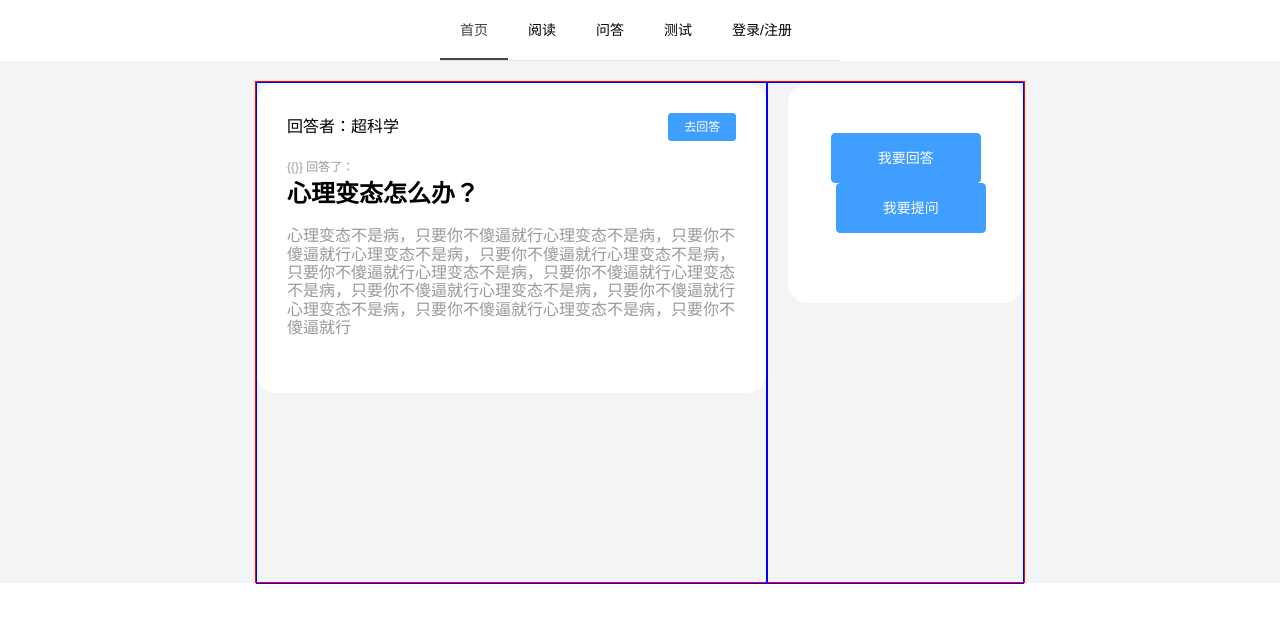
Repository: shengligo/xyx_vue_v1
Page: /qs
The author's editor kept a copy of each file at every save. The page is drawn from the files as they stood at one save, then again after the next save.
The browser window is 1280 px wide. The pictures show the whole page.
The project was rebuilt for these pictures with package versions that can differ from the ones it lists, and the page was loaded fresh each time. Also part of the build but not shown: vue.config.js, src/views/home/childComps/Art.vue, src/views/author/authors.vue.

Above is the page before, as saved 2021-09-04 16:22:44.

### public/index.html
<!DOCTYPE html>
<html lang="">
  <head>
    <meta charset="utf-8">
    <meta http-equiv="X-UA-Compatible" content="IE=edge">
    <meta name="viewport" content="width=device-width,initial-scale=1.0">
    <link rel="icon" href="<%= BASE_URL %>favicon.ico">
    <title>project0000001</title>
  </head>
  <body>
    <noscript>
      <strong>We're sorry but <%= htmlWebpackPlugin.options.title %> doesn't work properly without JavaScript enabled. Please enable it to continue.</strong>
    </noscript>
    <div id="app"></div>
    <!-- built files will be auto injected -->
  </body>
</html>

### src/main.js
import Vue from 'vue'
import App from './App.vue'
import router from './router'
import store from './store'
import 'element-ui/lib/theme-chalk/index.css';
import axios from "axios";
axios.defaults.baseURL = "/api"; // http://10.1.2.85:8091/essay
axios.defaults.headers.common["Content-Type"] ="application/json;charset=UTF-8";
axios.defaults.withCredentials = true // 表示跨域请求时是否需要使用凭证
Vue.prototype.$ajax = axios;
import ElementUI from 'element-ui'

Vue.config.productionTip = false
Vue.use(ElementUI)

new Vue({
  router,
  store,
  render: h => h(App)
}).$mount('#app')

### src/App.vue
<template>
  <div id="app">
    <nav-bar ></nav-bar>
    <!-- <carousel></carousel> -->
    <!-- <art></art> -->


    <router-view></router-view>

  </div>
</template>
<script>

import NavBar from './components/common/NavBar'
import Art from '@/views/home/childComps/Art'
// import Carousel from '@/components/common/Carousel'


export default {
  name: "app",
  components:{
    NavBar,
    Art,




  }
};
</script>



<style>
@import url('assets/css/normalize.css');
#app{
  font-family: "Helvetica Neue",Helvetica,"PingFang SC","Hiragino Sans GB","Microsoft YaHei","微软雅黑",Arial,sans-serif;
}



</style>

### src/router/index.js

import Vue from 'vue'
import VueRouter from 'vue-router'
import Auther from '../views/author/authors.vue'

const Home = () => import('../views/home/Home')

const Question = () => import('../views/questions/Question')
const Read = () => import('../views/read/Read')
const Test = () => import('../views/testing/Test')
const Login = () => import('../components/common/login/Login')
const originalPush = VueRouter.prototype.push

VueRouter.prototype.push = function push(location) {
  return originalPush.call(this, location).catch(err => err)
}
// fksdljfkjdsjflsdjlfja
Vue.use(VueRouter)

const routes = [
  {
    path: '/',
    name: 'Home',
    component: Home
  },
  {
    path: '/auther',
    component: Auther
  },
  // {
  //   path: '/home',
  //   name: 'Home',
  //   component: Home
  // },

  {
    path:'/qs',
    name:'Qs',
    component:Question
  },
  {
    path:'/read',
    name:'Read',
    component:Read
  },
  {
    path:'/test',
    name:'Test',
    component:Test
  },
  {
    path:'/login',
    name:'Login',
    component:Login
  }
]

const router = new VueRouter({
  mode: 'history',
  base: process.env.BASE_URL,
  routes
})

export default router

### src/store/index.js
import Vue from 'vue'
import Vuex from 'vuex'

Vue.use(Vuex)

export default new Vuex.Store({
  state: {
    activeIndex:'1',
    baceUrl: 'http://10.1.2.85:8091/'
  },
  mutations: {
    ChangeActive (state,index) {
      // console.log(state,index)
      state.activeIndex = index
    }
  },
  actions: {
  },
  modules: {
  }
})

### src/components/common/NavBar.vue
<template>
  <div>
     <div class="nav">

       <el-menu
          :default-active="$store.state.activeIndex"
          class="el-menu-demo"
          mode="horizontal"
          text-color="#000000"
          active-text-color="#444444"
        >
          <el-menu-item index="1" @click="itemclick">首页</el-menu-item>
          <el-menu-item index="2" @click="itemclick2">阅读</el-menu-item>
          <el-menu-item index="3" @click="itemclick3">问答</el-menu-item>
          <el-menu-item index="4" @click="itemclick4">测试</el-menu-item>
          <el-menu-item index="5" @click="itemclick5">登录/注册</el-menu-item>
        </el-menu>

     </div>

  </div>
</template>

<script>


export default {

  name: "navbar",
  data() {
    return {
    }
  },
  methods:{
    itemclick(){
      console.log('itemclick');
      this.$router.push("/")
    },
    itemclick2(){
      this.$router.push("/read")
    },
    itemclick3(){
      this.$router.push("./qs")
    },
    itemclick4(){
      this.$router.push('./test')
    },
    itemclick5(){
      this.$router.push('/login')
    }

  },

};
</script>

<style scoped>
.nav{

  margin: 0 auto;
  /* background-color: rgba(217, 221, 221, 0.918);
   */
   /* background-color: #5880A9; */
  padding: 0;


}
.nav>.el-menu{
  width: 400px;
  margin: 0 auto;
  /* background-color: rgba(217, 221, 221, 0.918); */
}

</style>

### src/views/questions/Question.vue
<template>
  <div id="question">
    <div class="bodyCenter">
      <div class="bodyright">
        <div v-for="(item,index) in results" :key="index" class="rightbox">

          <div>
            <div class="answerer">
              <span>回答者：{{item.answerer}}</span>
              <el-button type="primary" size="mini">去回答</el-button>
            </div>
            <div class="time">{{}} 回答了：</div>
            <h2 class="title">{{item.title}}</h2>
            <div class="answerContent">{{item.answerContent}}</div>
          </div>
        </div>
      </div>
      <div class="bodyleft">
        <div class="leftbox">
          <div class="leftboxbutton">
            <el-button type="primary" >我要回答</el-button>
            <el-button type="primary" >我要提问</el-button>
          </div>


        </div>
      </div>
    </div>
  </div>
</template>

<script>
export default {
  name: "question",
  data() {
    return {
      results: [
        {
          title: "心理变态怎么办？",
          quizzer: "花开富贵",
          quizContent: "心理超级变态是不是没救了",
          quizType: null,
          status: null,
          label: null,
          answerer: "超科学",
          answerContent:
            "心理变态不是病，只要你不傻逼就行心理变态不是病，只要你不傻逼就行心理变态不是病，只要你不傻逼就行心理变态不是病，只要你不傻逼就行心理变态不是病，只要你不傻逼就行心理变态不是病，只要你不傻逼就行心理变态不是病，只要你不傻逼就行心理变态不是病，只要你不傻逼就行心理变态不是病，只要你不傻逼就行",
          likePoint: 0
        }
      ]
    };
  }
};
</script>

<style scoped>
#question {
  width: 100%;
  height: 100%;
  padding-top: 20px;
  background-color: rgb(243, 244, 245);
}
.bodyCenter {
  width: 60%;
  height: 500px;
  margin: 0 auto;
  display: flex;
  border: 1px solid red;
}
.bodyright {
  border: 1px solid blue;
  /* width: 40%; */
  flex: 2;
  height: 500px;
}
.bodyleft {
  border: 1px solid blue;
  /* width: 20%; */
  flex: 1;
  height: 500px;
}
.rightbox {
  height: 250px;
  width: calc(100% - 60px);
  padding: 30px;
  border-radius: 20px;
  background-color: #fff;
}
.answerer {
  display: flex;
  justify-content: space-between;
  line-height: 28px;
}
.time {
  margin-top: 20px;
  font-size: 12px;
  color: #999;
}
.title {
  margin-top: 5px;
}
.answerContent {
  color: #999;
}
.leftbox {
  margin-left: 20px;
  padding: 50px 10px;
  height: 120px;
  border-radius: 20px;
  background-color: #fff;
}
.leftboxbutton {
  text-align: center;
}
.leftboxbutton button{
  width: 150px;
  height: 50px;
}
</style>

Loaded but not shown: src/assets/css/normalize.css (library)

After the next save:
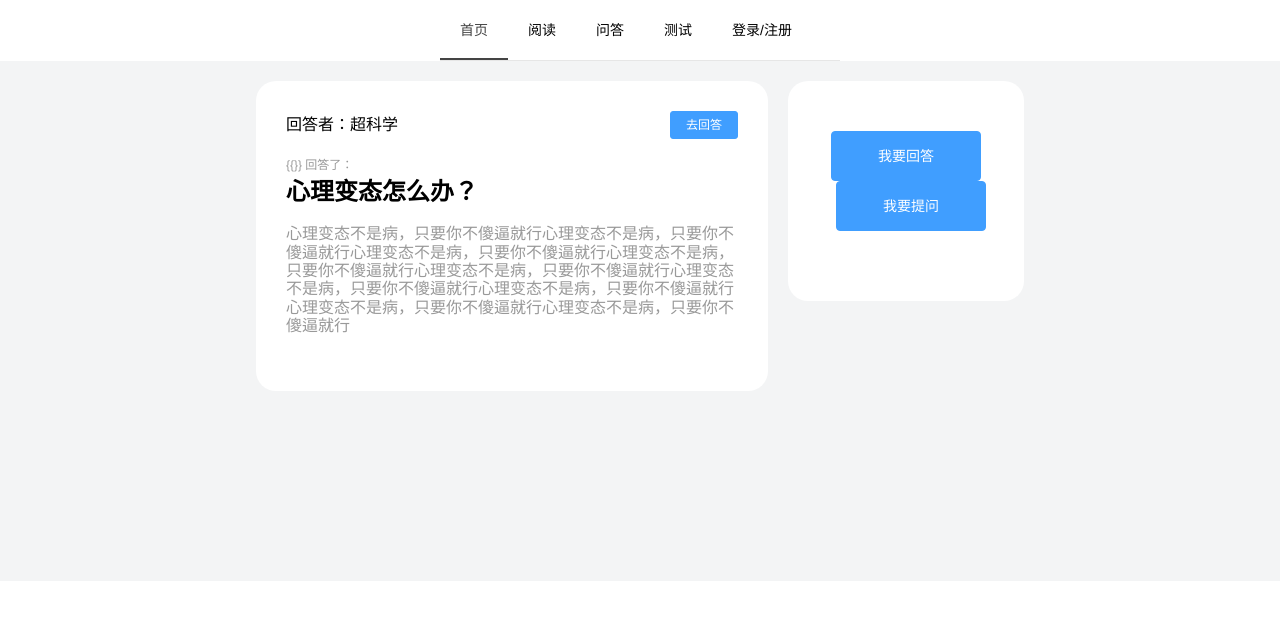
Saved 18 s later.
--- a/src/views/questions/Question.vue
+++ b/src/views/questions/Question.vue
@@ -65,16 +65,16 @@ export default {
   height: 500px;
   margin: 0 auto;
   display: flex;
-  border: 1px solid red;
+  /* border: 1px solid red; */
 }
 .bodyright {
-  border: 1px solid blue;
+  /* border: 1px solid blue; */
   /* width: 40%; */
   flex: 2;
   height: 500px;
 }
 .bodyleft {
-  border: 1px solid blue;
+  /* border: 1px solid blue; */
   /* width: 20%; */
   flex: 1;
   height: 500px;
